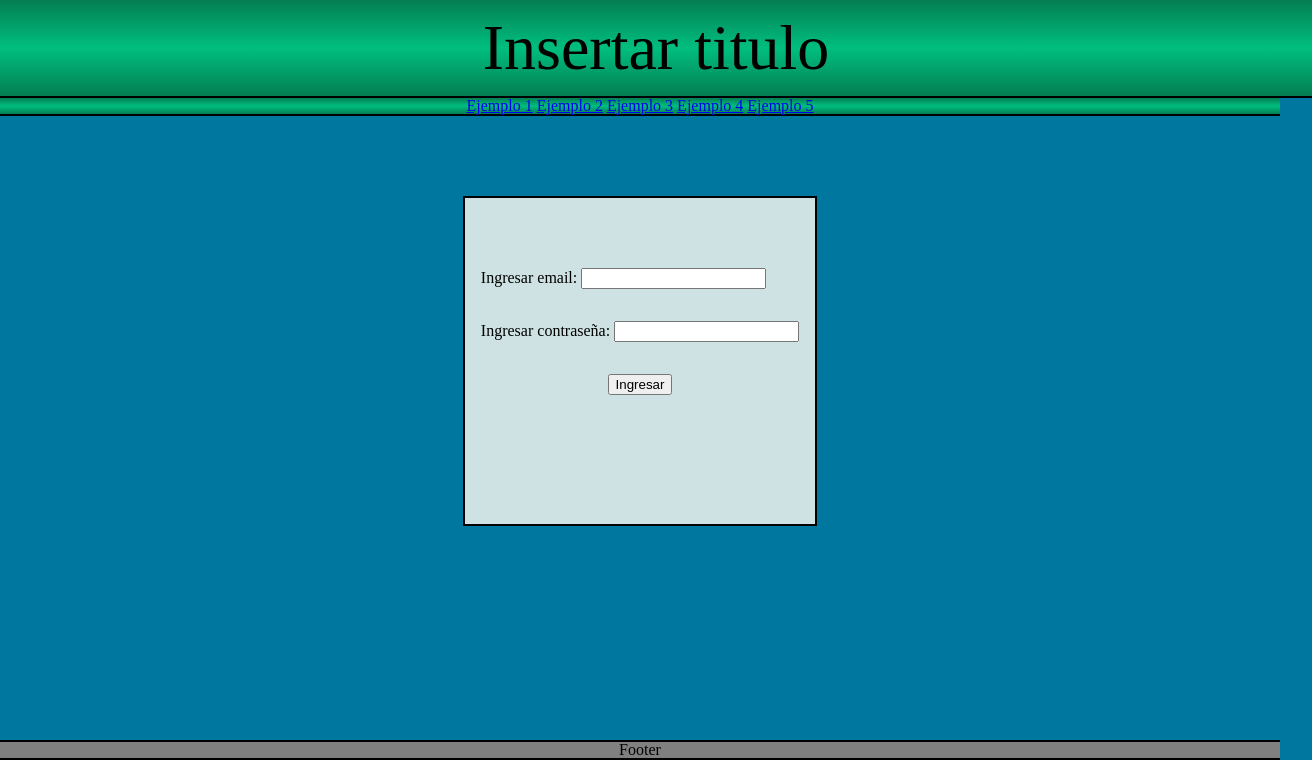
Repository: FacundoKinderknecht/Parcial-2-LPPA
Page: login/login.html
These files come from the project's save history. The page is drawn as it stood at one moment and after the next save; the edit follows.
The browser window is 1280 px wide. The page is 1312 px wide, so the pictures cover 1312 px, including what lies to the right of the window. The pictures show the whole page.

Above is the page before, as saved 2022-07-06 10:37:23.

After the next save:
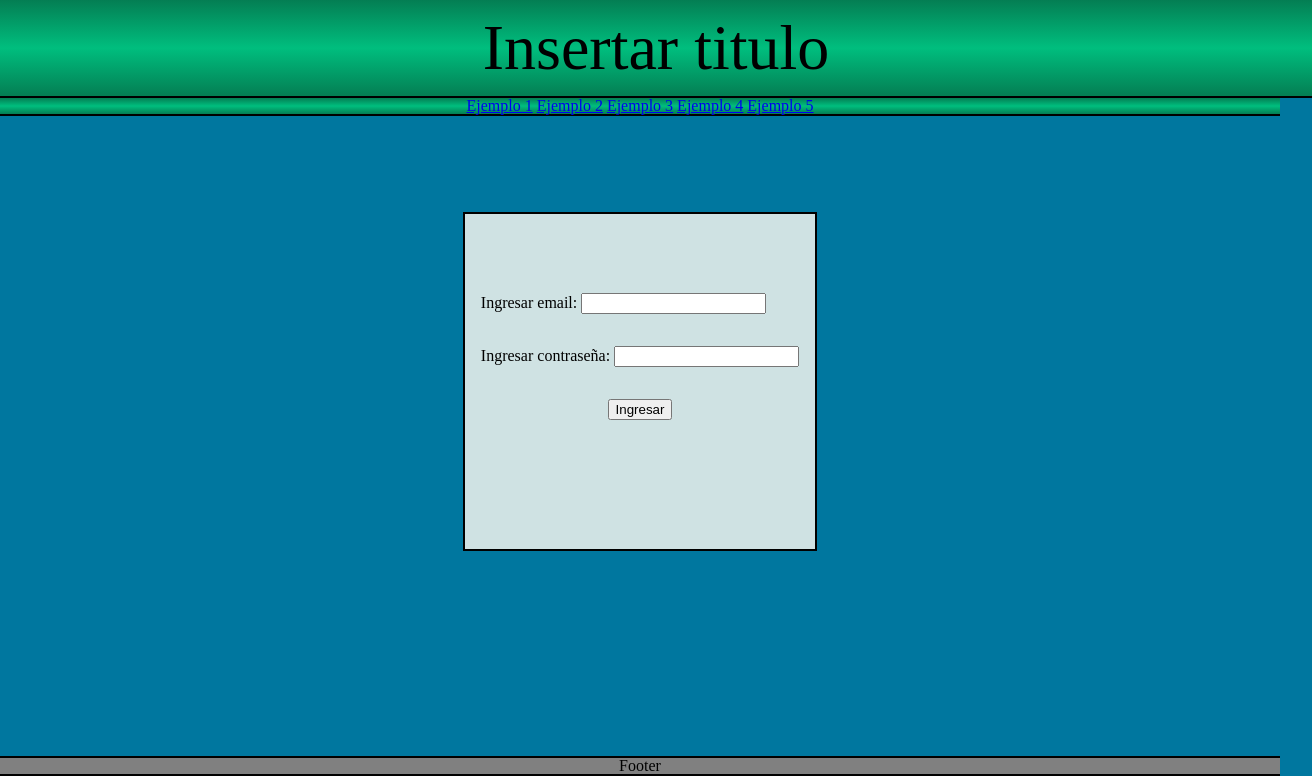
Saved 14 s later.
--- a/login/login.css
+++ b/login/login.css
@@ -24,10 +24,9 @@ body{
     margin: 0;
 }
 main{
-    align-items: center;
     display: inline-block;
-    width: 60%;
-    padding-top: 5rem;
+    width: 70%;
+    padding-top: 6rem;
     height: 34rem;
 }
 form{
